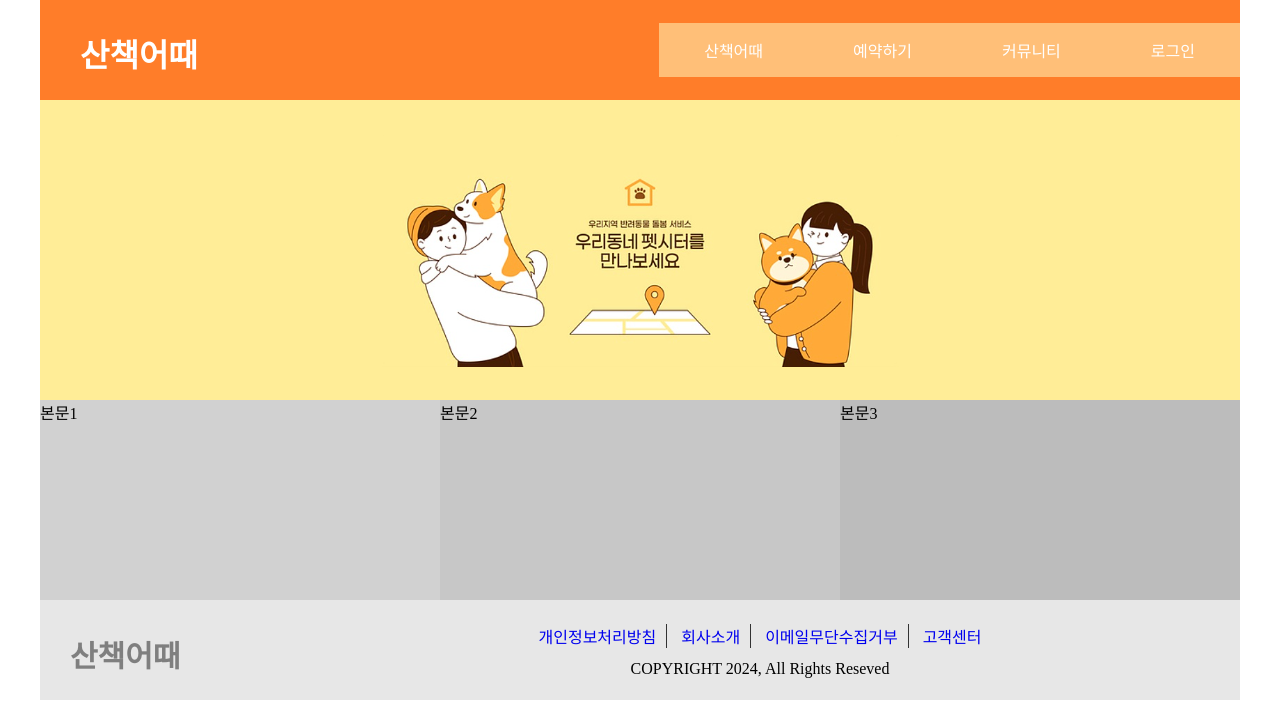
Repository: to-flatwhite1/portfolio
Page: http://localhost/JSP/
These files come from the project's save history. The page is drawn as it stood at one moment and after the next save; the edit follows.
The browser window is 1280 px wide. The pictures show the whole page.
The page is served by Tomcat 9.

Above is the page before, as saved 2024-07-04 04:55:05.

After the next save:
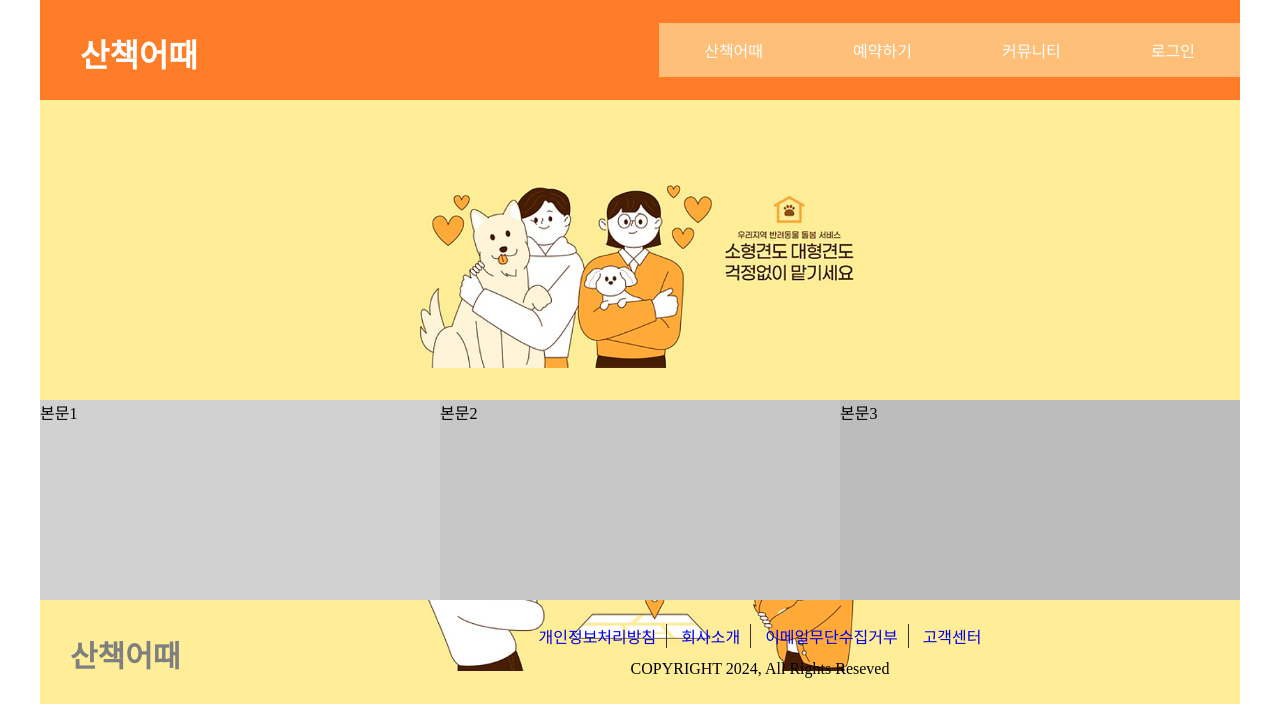
Saved 16 min 36 s later.
--- a/JSP/src/main/webapp/index.jsp
+++ b/JSP/src/main/webapp/index.jsp
@@ -49,7 +49,7 @@
 			<div class="slide_list">
 				<ul>
 					<li><a href="#"><img src="images/main.png"></a></li>
-
+					<li><a href="#"><img src="images/main2.png"></a></li>
 				</ul>
 			</div>
 		</div>
